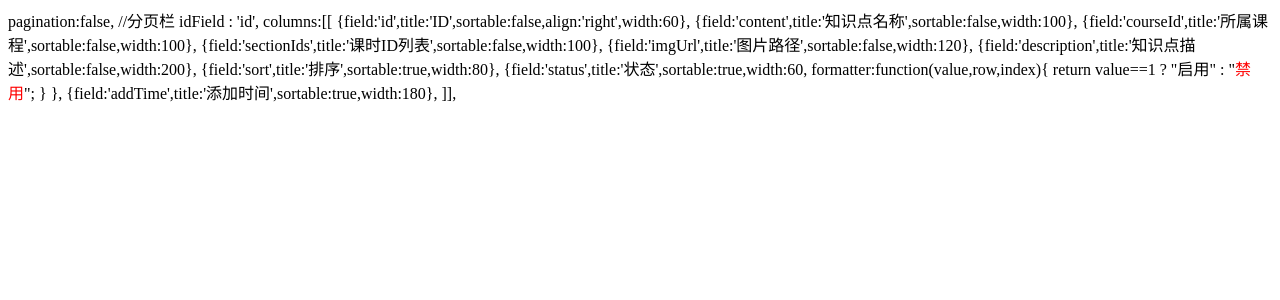
Repository: pridewu/hipi
Page: Education_dev_platform/branches/v1/Application/System/View/v1/Notice/index.html
An editor plug-in stored every save of this project. The page is shown before and after the next save, followed by the edit.
The browser window is 1280 px wide. The pictures show the whole page.

Above is the page before, as saved 2014-12-03 09:10:49.

### Education_dev_platform/branches/v1/Application/System/View/v1/Notice/index.html
<extend name="./base_list" />
<block name="datagrid_img">
    <div id="datagrid_img" class="datagrid_img" style="display: none;">

    </div>
</block>
<block name="datagrid">
		pagination:false, //分页栏
		idField : 'id',
	    columns:[[
            {field:'id',title:'ID',sortable:false,align:'right',width:60},
            {field:'content',title:'知识点名称',sortable:false,width:100},
            {field:'courseId',title:'所属课程',sortable:false,width:100},
            {field:'sectionIds',title:'课时ID列表',sortable:false,width:100},
            {field:'imgUrl',title:'图片路径',sortable:false,width:120},
            {field:'description',title:'知识点描述',sortable:false,width:200},
            {field:'sort',title:'排序',sortable:true,width:80},
            {field:'status',title:'状态',sortable:true,width:60,
            	formatter:function(value,row,index){
            		return value==1 ? "启用" : "<font color=red>禁用</font>";
            	}
            },
            {field:'addTime',title:'添加时间',sortable:true,width:180},
        ]],
</block>

After the next save:
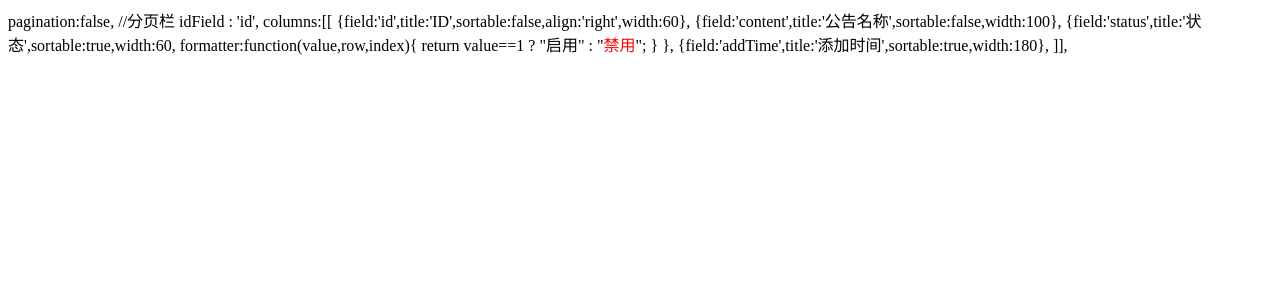
Saved 97 s later.
--- a/Education_dev_platform/branches/v1/Application/System/View/v1/Notice/index.html
+++ b/Education_dev_platform/branches/v1/Application/System/View/v1/Notice/index.html
@@ -9,12 +9,13 @@
 		idField : 'id',
 	    columns:[[
             {field:'id',title:'ID',sortable:false,align:'right',width:60},
-            {field:'content',title:'知识点名称',sortable:false,width:100},
+            {field:'content',title:'公告名称',sortable:false,width:100},
+<!--             {field:'name',title:'知识点名称',sortable:false,width:100},
             {field:'courseId',title:'所属课程',sortable:false,width:100},
             {field:'sectionIds',title:'课时ID列表',sortable:false,width:100},
             {field:'imgUrl',title:'图片路径',sortable:false,width:120},
             {field:'description',title:'知识点描述',sortable:false,width:200},
-            {field:'sort',title:'排序',sortable:true,width:80},
+            {field:'sort',title:'排序',sortable:true,width:80}, -->
             {field:'status',title:'状态',sortable:true,width:60,
             	formatter:function(value,row,index){
             		return value==1 ? "启用" : "<font color=red>禁用</font>";
